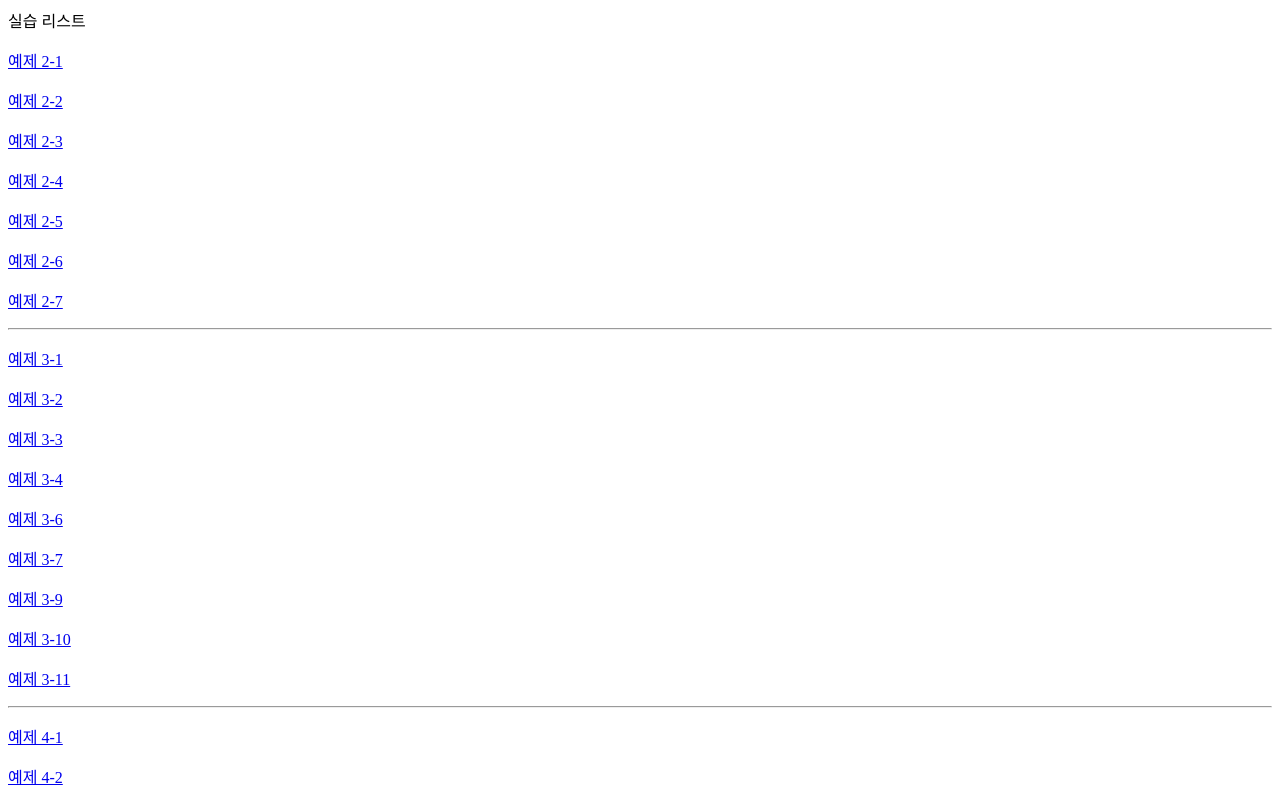
Repository: ezooo/JSP
Page: http://localhost/jspbook/
An editor plug-in stored every save of this project. The page is shown before and after the next save, followed by the edit.
The browser window is 1280 px wide. The pictures show the whole page.
The page is served by Tomcat 10.

Above is the page before, as saved 2024-10-10 01:48:25.

After the next save:
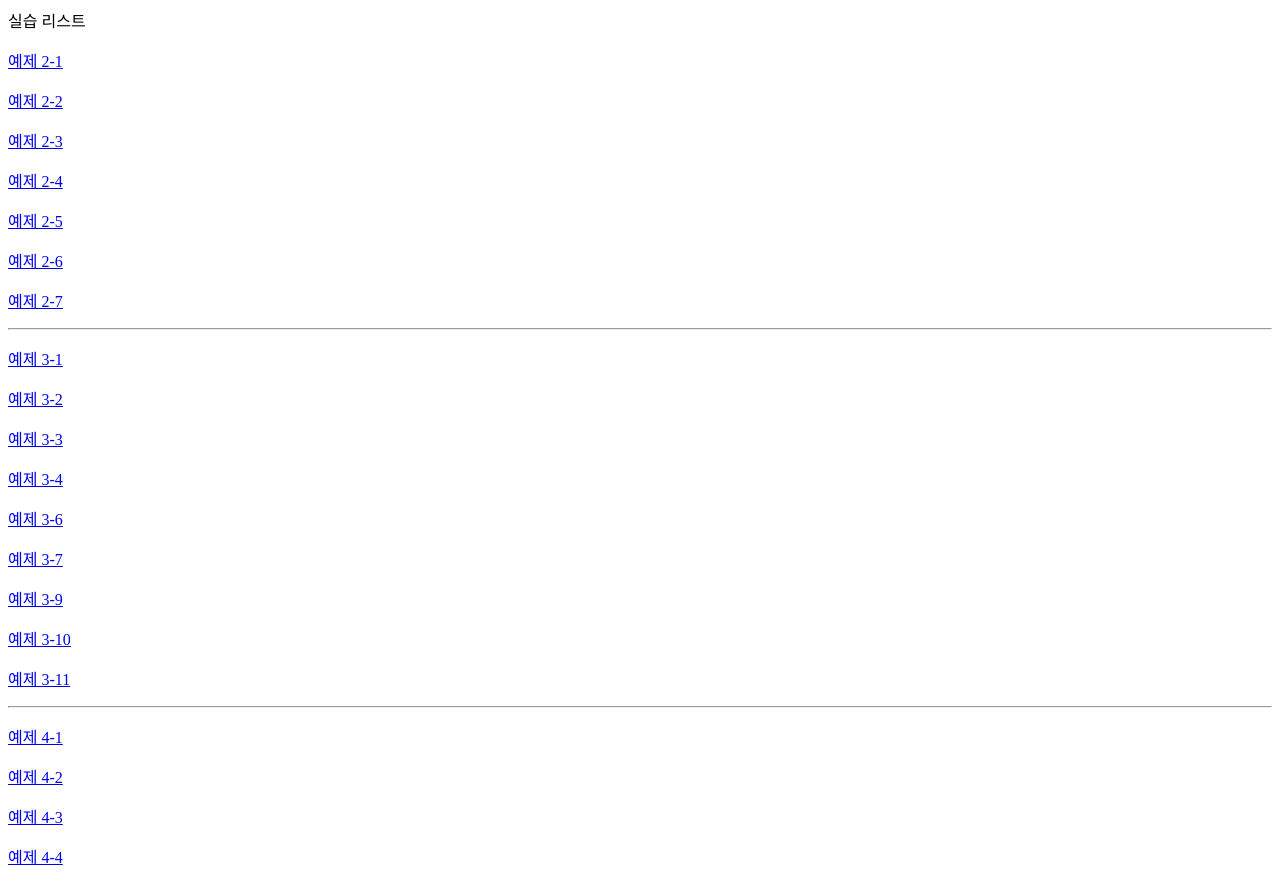
Saved 30 s later.
--- a/jspbook/src/main/webapp/index.jsp
+++ b/jspbook/src/main/webapp/index.jsp
@@ -29,5 +29,7 @@
 	<hr></hr>
 	<p><a href="4_1">예제 4-1</a></p>
 	<p><a href="4_2">예제 4-2</a></p>
+	<p><a href="4_3">예제 4-3</a></p>
+	<p><a href="4_4">예제 4-4</a></p>
 </body>
 </html>
